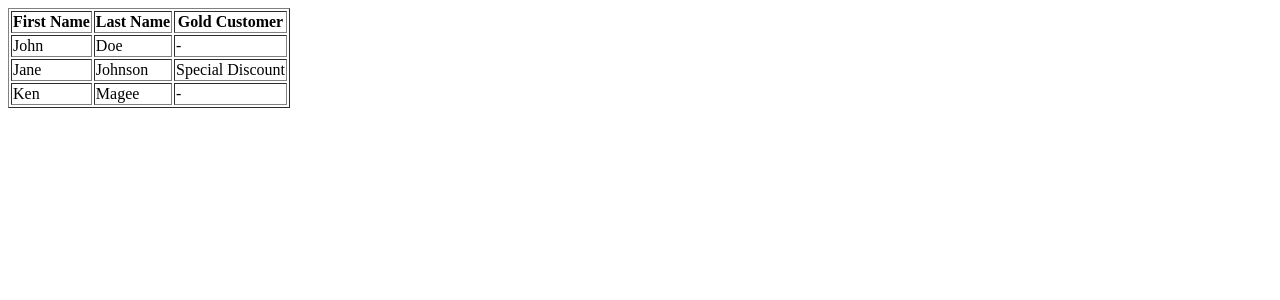
Repository: KMagee/JSP_Course
Page: http://localhost/tagdemo/choose-student-test.jsp
The author's editor kept a copy of each file at every save. The page is drawn from the files as they stood at one save, then again after the next save.
The browser window is 1280 px wide. The pictures show the whole page.
The page is served by Tomcat 9.

Above is the page before, as saved 2017-11-05 00:28:52.

### tagdemo/WebContent/choose-student-test.jsp
<%@ page language="java" contentType="text/html; charset=ISO-8859-1"
    pageEncoding="ISO-8859-1"%>
<%@ taglib uri="http://java.sun.com/jsp/jstl/core" prefix="c" %>

<%@ page import ="java.util.*,com.luv2code.jsp.tagdemo.Student" %>

<!DOCTYPE html PUBLIC "-//W3C//DTD HTML 4.01 Transitional//EN" "http://www.w3.org/TR/html4/loose.dtd">
<html>
<head>
<meta http-equiv="Content-Type" content="text/html; charset=ISO-8859-1">
<title>Insert title here</title>
</head>

<%
//THIS SCRIPLET IS JUST TO SET UP SOME SAMPLE DATA, NORMALLY DONE BY AN MVC SYSTEM
//USE TAGS INSTEAD OF SCRIPLETS IN JSP FILES

//array list of students
List<Student> data = new ArrayList<>();

data.add(new Student("John", "Doe", false));
data.add(new Student("Jane", "Johnson", true));
data.add(new Student("Ken", "Magee", false));

pageContext.setAttribute("myStudents", data);

%>

<body>

<table border ="1">

<tr>

<th>First Name</th>
<th>Last Name</th>
<th>Gold Customer</th>

</tr>


<c:forEach var="tempStudent" items="${myStudents}">


<!-- getters will be used in the background to get the first and last name -->

<tr>
<td>${tempStudent.firstName}</td>
<td>${tempStudent.lastName}</td>
<td>
	<c:if test="${tempStudent.goldCustomer}">
			Special Discount
	</c:if>
	<c:if test="${not tempStudent.goldCustomer}">
			-
	</c:if>
	</td>
</tr>

</c:forEach>

</table>




</body>
</html>

### tagdemo/src/com/luv2code/jsp/tagdemo/Student.java
package com.luv2code.jsp.tagdemo;

public class Student {

	private String firstName;
	private String lastName;
	private boolean goldCustomer;


	//CONSTRUCTOR -- ALLOWS YOU TO SET VARIABLES AS SOON AS YOU CREATE AN OBJECT INSTANCE, INSIDE THE
	//ARGUMENTS OF THE OBJECT
	// student newStudent =  new Student(add the details here instead of using setters
	public Student(String firstName, String lastName, boolean goldCustomer) {
		super();
		this.firstName = firstName;
		this.lastName = lastName;
		this.goldCustomer = goldCustomer;
	}


	//GETTERS AND SETTERS

	public String getFirstName() {
		return firstName;
	}


	public void setFirstName(String firstName) {
		this.firstName = firstName;
	}


	public String getLastName() {
		return lastName;
	}


	public void setLastName(String lastName) {
		this.lastName = lastName;
	}


	public boolean isGoldCustomer() {
		return goldCustomer;
	}


	public void setGoldCustomer(boolean goldCustomer) {
		this.goldCustomer = goldCustomer;
	}


}

After the next save:
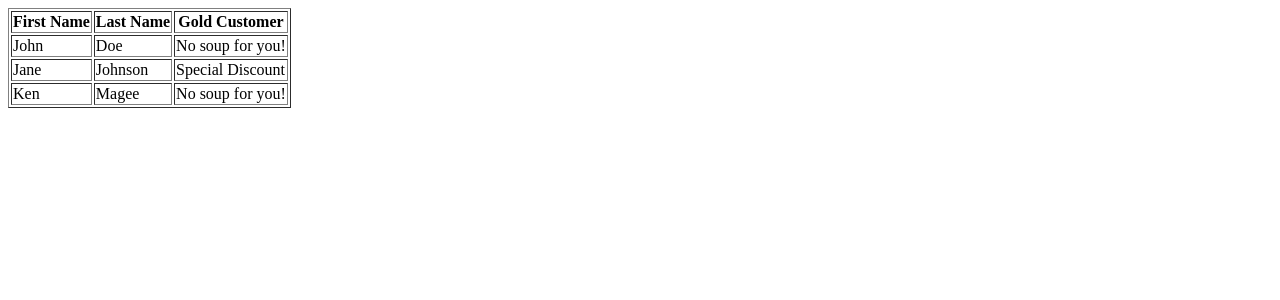
Saved 13 min 49 s later.
--- a/tagdemo/WebContent/choose-student-test.jsp
+++ b/tagdemo/WebContent/choose-student-test.jsp
@@ -48,12 +48,17 @@ pageContext.setAttribute("myStudents", data);
 <td>${tempStudent.firstName}</td>
 <td>${tempStudent.lastName}</td>
 <td>
-	<c:if test="${tempStudent.goldCustomer}">
-			Special Discount
-	</c:if>
-	<c:if test="${not tempStudent.goldCustomer}">
-			-
-	</c:if>
+
+	<c:choose>
+
+		<c:when test="${tempStudent.goldCustomer}">
+				Special Discount
+		</c:when>
+		<c:otherwise>
+			No soup for you!
+		</c:otherwise>
+
+	</c:choose>
 	</td>
 </tr>
 
